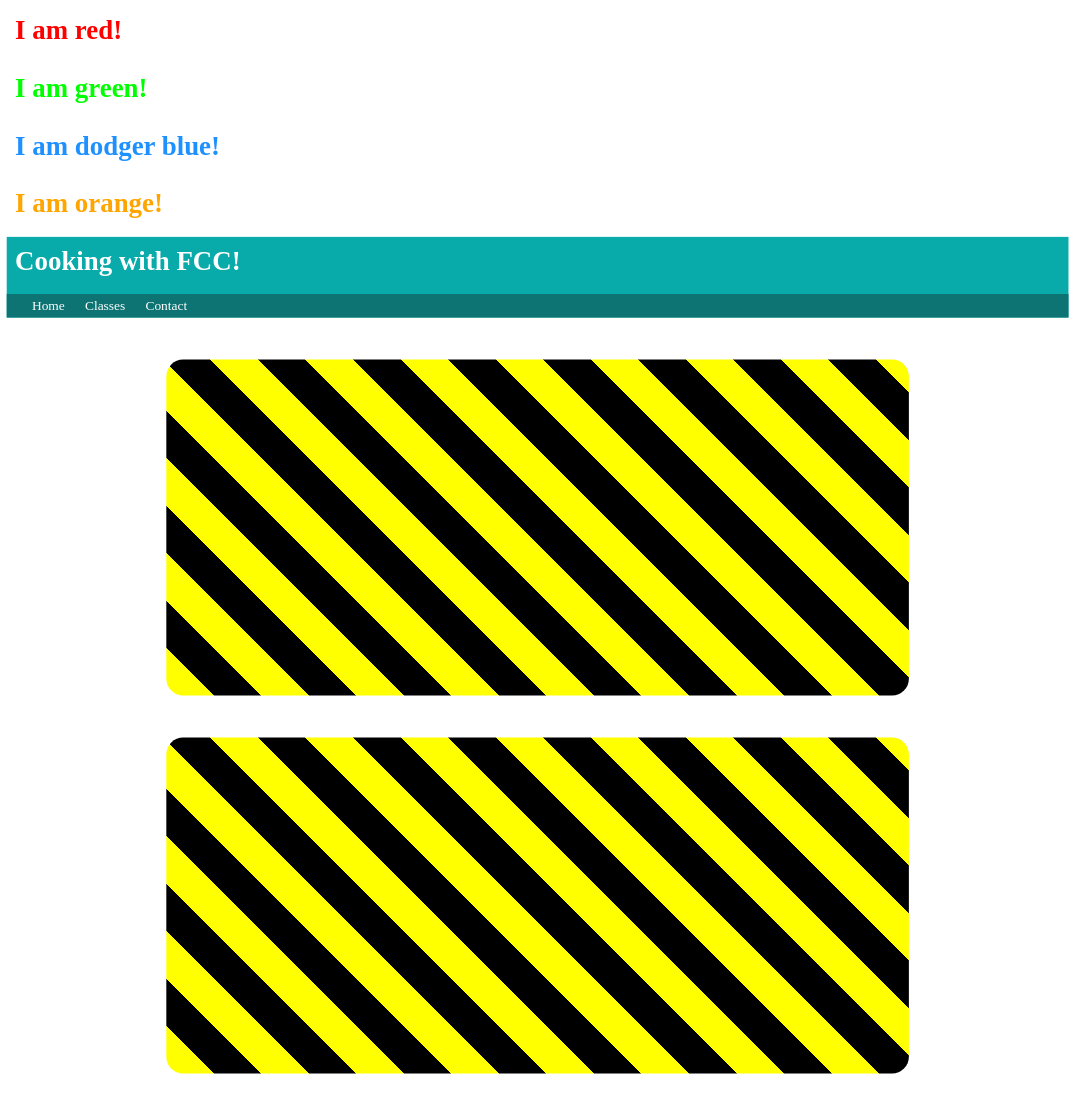
Repository: betsya97/freeCodeCamp_WebBasics
Page: html/colors.html
An editor plug-in stored every save of this project. The page is shown before and after the next save, followed by the edit.
The browser window is 1280 px wide. The pictures show the whole page, at 84% of full size.

Above is the page before, as saved 2021-03-07 23:17:55.

### html/colors.html
<style>
    .red-text {
      color: #FF0000;
    }
    .green-text {
      color:#0F0;
    }
    .dodger-blue-text {
      color: #1E90FF;
    }
    .orange-text {
      color: #FFA500;
    }
  </style>

  <h1 class="red-text">I am red!</h1>

  <h1 class="green-text">I am green!</h1>

  <h1 class="dodger-blue-text">I am dodger blue!</h1>

  <h1 class="orange-text">I am orange!</h1>
  <!--two digits for  R, two for G, two for Blue-->
  <!--or  1 digit for R, 1 for G, 1 for Blue -->
  <!--alternative: use rgb(0,0,0);-->
<!-- hsl() stands for saturation and light, uses the color wheel hsl(color, sat, light)*/-->
  <style>
    header {
      background-color: hsl(180, 90%, 35%);
      color: #FFFFFF;
    }

    nav {
      background-color: hsl(180,80%,25%);
    }

    h1 {
      text-indent: 10px;
      padding-top: 10px;
    }

    nav ul {
      margin: 0px;
      padding: 5px 0px 5px 30px;
    }

    nav li {
      display: inline;
      margin-right: 20px;
    }

    a {
      text-decoration: none;
      color: inherit;
    }
  </style>

  <header>
    <h1>Cooking with FCC!</h1>
    <nav>
      <ul>
        <li><a href="#">Home</a></li>
        <li><a href="#">Classes</a></li>
        <li><a href="#">Contact</a></li>
      </ul>
    </nav>
  </header>

<!--gradient-->
<style>
  div {
    border-radius: 20px;
    width: 70%;
    height: 400px;
    margin: 50px auto;
    background: linear-gradient(35deg, #CCFFFF, #FFCCCC);
    /*horizontal gradient from red to blue at 35 degrees*/
  }

</style>

<div></div>

<style>

  div{
    border-radius: 20px;
    width: 70%;
    height: 400px;
    margin:  50 auto;
    background: repeating-linear-gradient(
      45deg,
      yellow 0px,
      yellow 40px,
      black 40px,
      black 80px
    );
  }

</style>

<div></div>

After the next save:
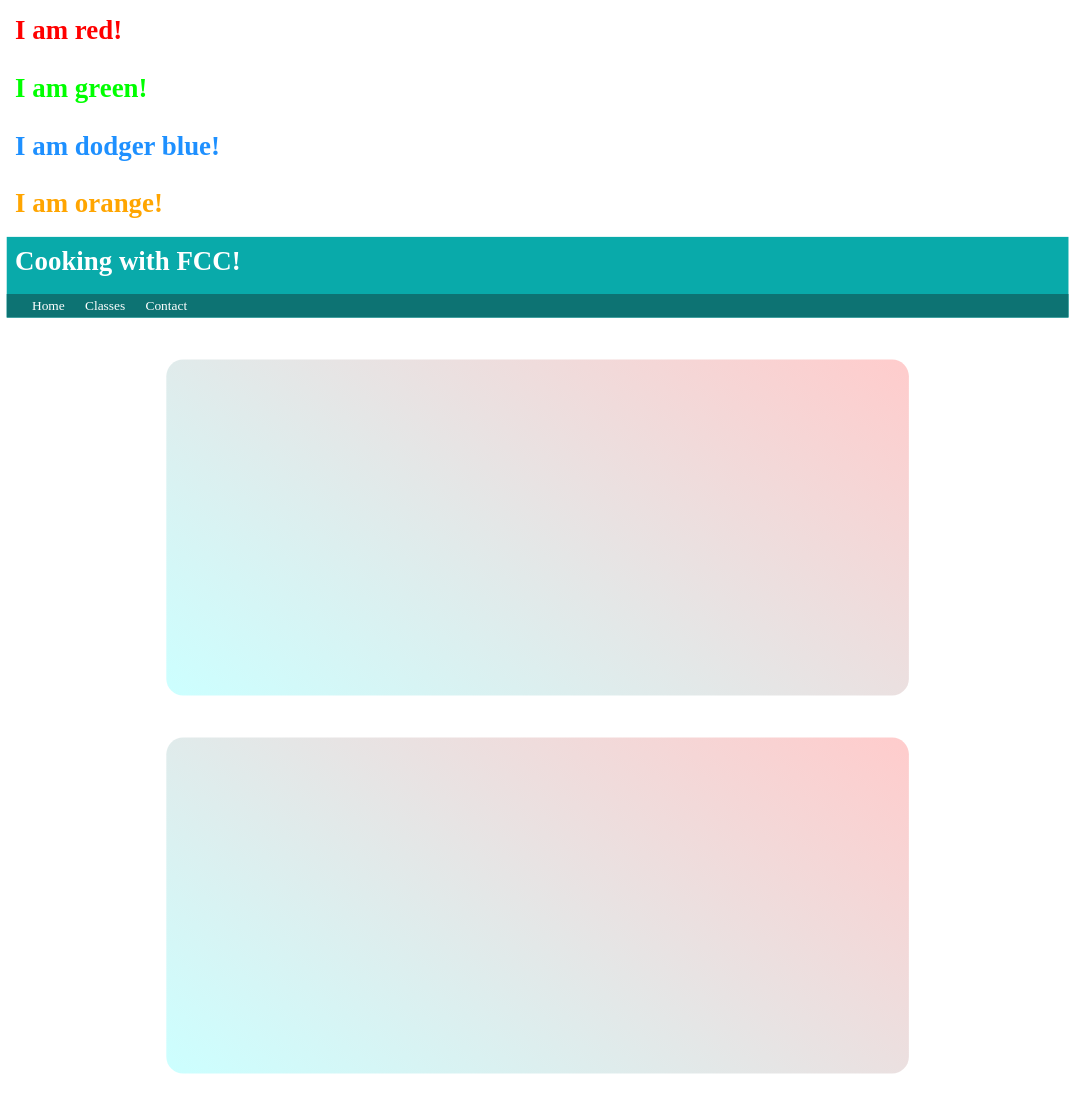
Saved 5 s later.
--- a/html/colors.html
+++ b/html/colors.html
@@ -88,6 +88,7 @@
     width: 70%;
     height: 400px;
     margin:  50 auto;
+    ?
     background: repeating-linear-gradient(
       45deg,
       yellow 0px,

After the 2 saves that followed:
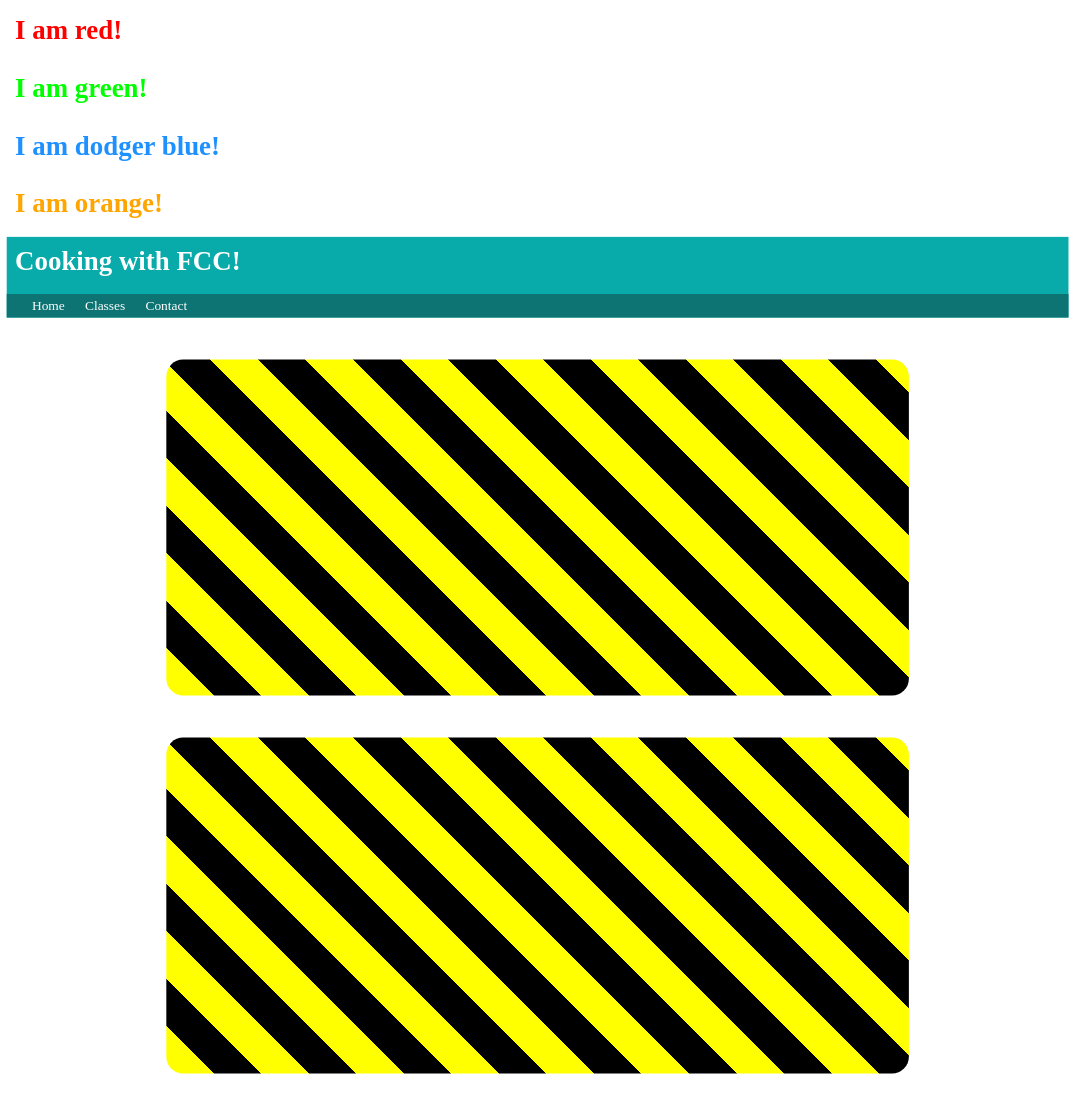
The 2 saves are shown as one change because they came seconds apart.
The last was saved 6 s later.
--- a/html/colors.html
+++ b/html/colors.html
@@ -88,7 +88,7 @@
     width: 70%;
     height: 400px;
     margin:  50 auto;
-    ?
+    /* */
     background: repeating-linear-gradient(
       45deg,
       yellow 0px,
